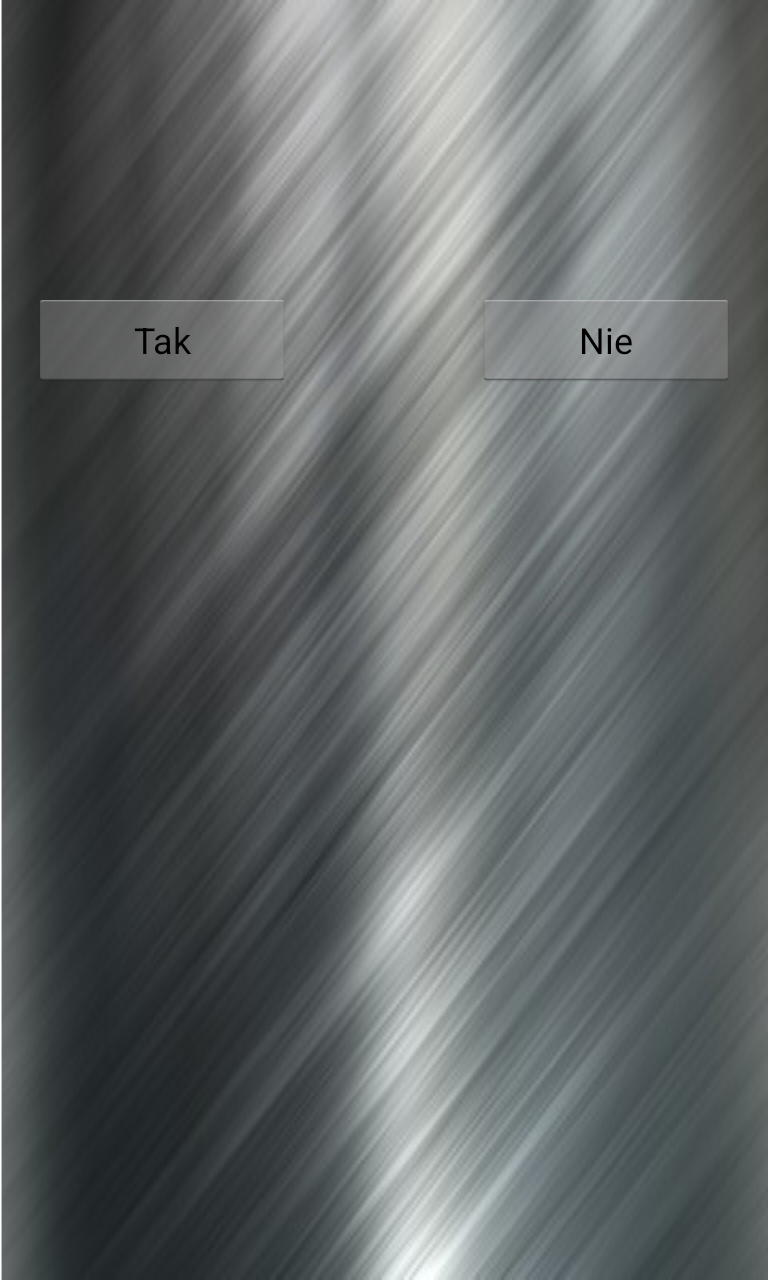
Repository: KrzysztofWolinski/WiesFight_Project
Layout: WiesFight/res/layout/dialog_exit.xml
These files come from the project's save history. The layout is drawn as it stood at one moment and after the next save; the edit follows.
It is drawn on a 768 x 1280 px phone screen (xhdpi) without system bars, with theme AppTheme; the app's code is not run.

Above is the layout before, as saved 2014-11-09 21:31:21.

### WiesFight/res/layout/dialog_exit.xml
<?xml version="1.0" encoding="utf-8"?>
<RelativeLayout xmlns:android="http://schemas.android.com/apk/res/android"
    android:layout_width="wrap_content"
    android:layout_height="wrap_content"
    android:paddingBottom="@dimen/activity_vertical_margin"
    android:paddingLeft="@dimen/activity_horizontal_margin"
    android:paddingRight="@dimen/activity_horizontal_margin"
    android:paddingTop="@dimen/activity_vertical_margin"
    android:background="@drawable/bg" >

    <TextView
        android:id="@+id/txtMessage"
        android:layout_width="fill_parent"
        android:layout_height="wrap_content"
        android:gravity="center"
        android:textAppearance="?android:attr/textAppearanceLarge"
        android:textColor="@android:color/white" />

    <Button
        android:id="@+id/btnYes"
        android:layout_width="130dp"
        android:layout_height="wrap_content"
        android:layout_alignParentLeft="true"
        android:layout_alignParentTop="true"
        android:layout_marginTop="130dp"
        android:text="@string/yes" />

    <Button
        android:id="@+id/btnNo"
        android:layout_width="130dp"
        android:layout_height="wrap_content"
        android:layout_alignBaseline="@+id/btnYes"
        android:layout_alignBottom="@+id/btnYes"
        android:layout_alignParentRight="true"
        android:text="@string/no" />

</RelativeLayout>

### WiesFight/res/values/strings.xml
<?xml version="1.0" encoding="utf-8"?>
<resources xmlns:android="http://schemas.android.com/apk/res/android">

    <string name="app_name">WiesFight</string>
    <string name="hello_world">Hello world!</string>
    <string name="action_settings">Settings</string>
    <string name="title_activity_posts">PostsActivity</string>
    <string name="title_activity_login">LoginActivity</string>
    <string name="logo">logo</string>
    <string name="wybierz">wybierz</string>
    <string name="walka">walka</string>
    <string name="sklep">sklep</string>
    <string name="ustawienia">ustawienia</string>
    <string name="title_activity_fight">FightActivity</string>
    <string name="title_activity_shop">ShopActivity</string>
    <string name="title_activity_settings">SettingsActivity</string>
    <string name="nickHint">Podaj nick</string>
    <string name="avatar">avatar</string>
    <string name="lewy">lewy</string>
    <string name="prawy">prawy</string>
    <string name="ramka">ramka</string>
    <string name="desc">obrazek</string>
    <string name="yes">Tak</string>
    <string name="no">Nie</string>
    <string name="ok">OK</string>
    <string name="confirmExit">Czy na pewno chcesz wyjść z gry?</string>
    <string name="confirmDelete">Czy na pewno chcesz usunąć postać?</string>
</resources>

Loaded but not shown: WiesFight/res/values/styles.xml (common file); WiesFight/res/values-v11/styles.xml (common file); WiesFight/res/values-v14/styles.xml (common file); WiesFight/res/values/dimens.xml (common file); WiesFight/res/values-w820dp/dimens.xml (common file)

After the next save:
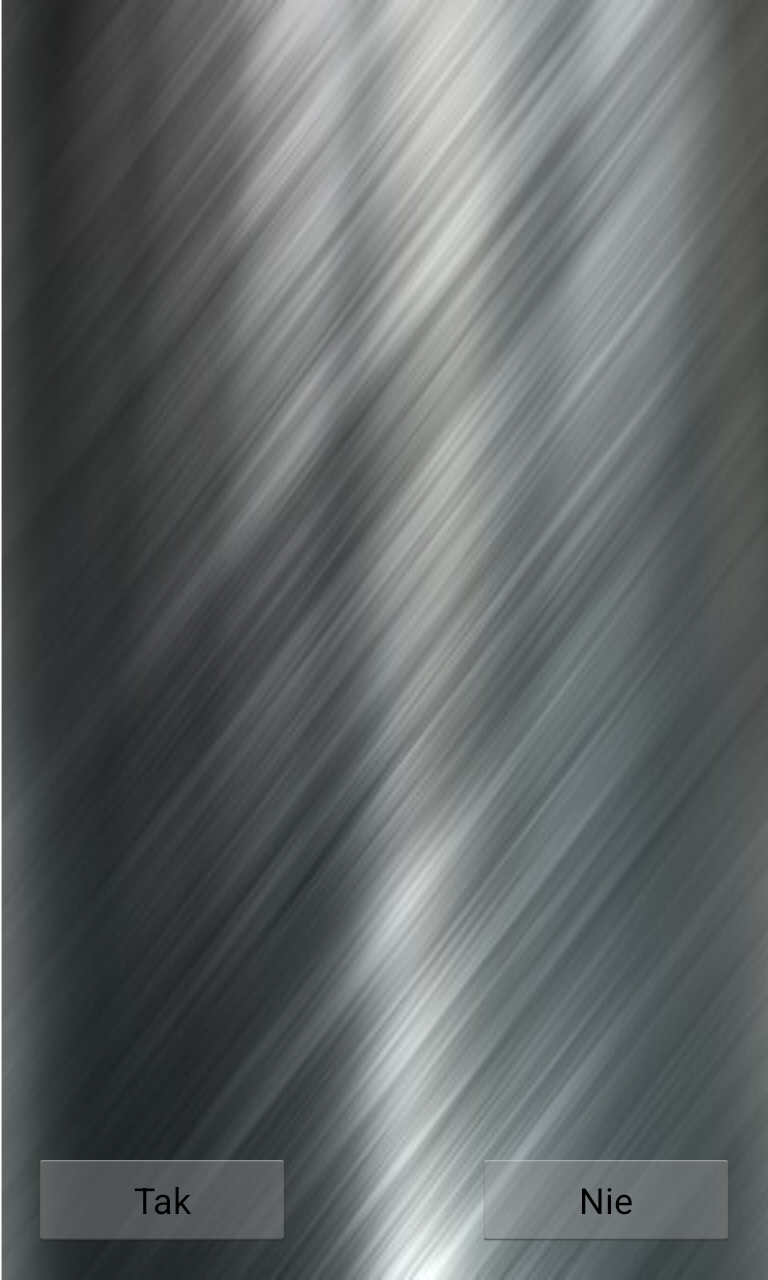
Saved 12 s later.
--- a/WiesFight/res/layout/dialog_exit.xml
+++ b/WiesFight/res/layout/dialog_exit.xml
@@ -21,8 +21,7 @@
         android:layout_width="130dp"
         android:layout_height="wrap_content"
         android:layout_alignParentLeft="true"
-        android:layout_alignParentTop="true"
-        android:layout_marginTop="130dp"
+        android:layout_alignParentBottom="true"
         android:text="@string/yes" />
 
     <Button

After the save that followed:
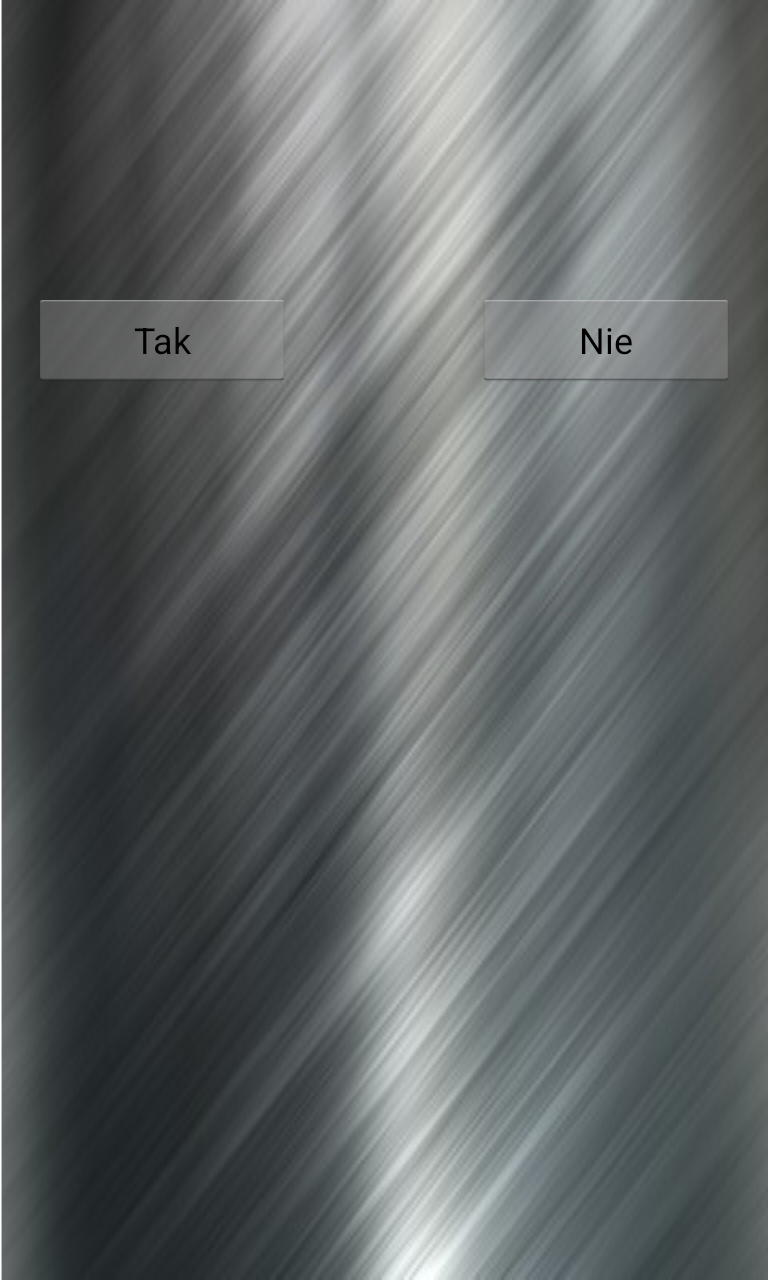
Saved 11 s later.
--- a/WiesFight/res/layout/dialog_exit.xml
+++ b/WiesFight/res/layout/dialog_exit.xml
@@ -21,7 +21,8 @@
         android:layout_width="130dp"
         android:layout_height="wrap_content"
         android:layout_alignParentLeft="true"
-        android:layout_alignParentBottom="true"
+        android:layout_alignParentTop="true"
+        android:layout_marginTop="130dp"
         android:text="@string/yes" />
 
     <Button
